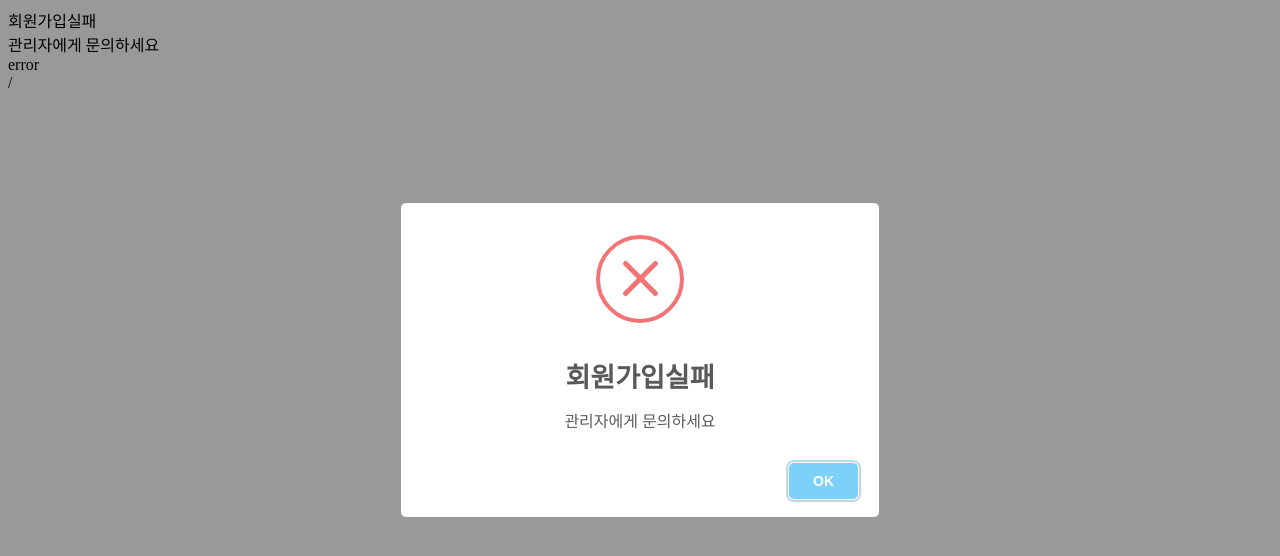
Repository: ParkHyeonju12/servlet
Page: http://localhost/07_mvc2WebProject/signup.do
An editor plug-in stored every save of this project. The page is shown before and after the next save, followed by the edit.
The browser window is 1280 px wide. The pictures show the whole page.
The page is served by Tomcat 9. Other server files are loaded and not shown. Queries for data that is not in the repository find no rows.

Above is the page before, as saved 2022-09-02 03:07:19.

### web-workspace/07_mvc2WebProject/src/main/webapp/WEB-INF/views/common/msg.jsp
<%@ page language="java" contentType="text/html; charset=UTF-8"
    pageEncoding="UTF-8"%>
    <%
    	String title = (String)request.getAttribute("title");
    	String msg = (String)request.getAttribute("msg");
    	String icon = (String)request.getAttribute("icon");
    	String loc = (String)request.getAttribute("loc");
    %>
<!DOCTYPE html>
<html>
<head>
<meta charset="UTF-8">
<title>Insert title here</title>
<script src="/js/sweetalert.min.js"></script>
</head>
<body>
	<div display:"none">
		<div id="title"><%= title %></div>
		<div id="msg"><%= msg %></div>
		<div id="icon"><%= icon %></div>
		<div id="loc"><%= loc %></div>
	</div>
	<script>
		window.onload = function(){

			const title = document.querySelector("#title").innerText;
			const msg = document.querySelector("#msg").innerText;
			const icon = document.querySelector("#icon").innerText;
			const loc = document.querySelector("#loc").innerText;
			swal({
				title: title,
				text : msg,
				icon : icon
			}).then(function(){
				location.href = loc;
			});
		}
	</script>
</body>
</html>

### web-workspace/07_mvc2WebProject/src/main/java/kr/or/iei/member/controller/SignupServlet.java
package kr.or.iei.member.controller;

import java.io.IOException;

import javax.servlet.RequestDispatcher;
import javax.servlet.ServletException;
import javax.servlet.annotation.WebServlet;
import javax.servlet.http.HttpServlet;
import javax.servlet.http.HttpServletRequest;
import javax.servlet.http.HttpServletResponse;

import kr.or.iei.member.model.service.MemberService;
import kr.or.iei.member.model.vo.Member;

/**
 * Servlet implementation class CreateServlet
 */
@WebServlet(name = "Signup", urlPatterns = { "/signup.do" })
public class SignupServlet extends HttpServlet {
	private static final long serialVersionUID = 1L;

    /**
     * @see HttpServlet#HttpServlet()
     */
    public SignupServlet() {
        super();
        // TODO Auto-generated constructor stub
    }

	/**
	 * @see HttpServlet#doGet(HttpServletRequest request, HttpServletResponse response)
	 */
	protected void doGet(HttpServletRequest request, HttpServletResponse response) throws ServletException, IOException {
		//1. 인코딩
		request.setCharacterEncoding("utf-8");
		//2. 값 추출
		Member member = new Member();
		member.setMemberId(request.getParameter("memberId"));
		member.setMemberPw(request.getParameter("memberPw"));
		member.setMemberName(request.getParameter("memberName"));
		member.setMemberPhone(request.getParameter("memberPhone"));
		member.setMemberAddr(request.getParameter("memberAddr"));
		//3. 비즈니스로직
		MemberService service = new MemberService();
		int result = service.joinMember(member);
		//4. 결과처리
		RequestDispatcher view = request.getRequestDispatcher("/WEB-INF/views/common/msg.jsp");
		if(result>0) {
			request.setAttribute("title", "회원가입성공");
			request.setAttribute("msg", "환영합니다");
			request.setAttribute("icon", "success");
		}else {
			request.setAttribute("title", "회원가입실패");
			request.setAttribute("msg", "관리자에게 문의하세요");
			request.setAttribute("icon", "error");
		}
		request.setAttribute("loc", "/");
		view.forward(request, response);
	}

	/**
	 * @see HttpServlet#doPost(HttpServletRequest request, HttpServletResponse response)
	 */
	protected void doPost(HttpServletRequest request, HttpServletResponse response) throws ServletException, IOException {
		// TODO Auto-generated method stub
		doGet(request, response);
	}

}

### web-workspace/07_mvc2WebProject/src/main/java/kr/or/iei/member/model/vo/Member.java
package kr.or.iei.member.model.vo;

public class Member {
	private int memberNo;
	private String memberId;
	private String memberPw;
	private String memberName;
	private String memberPhone;
	private String memberAddr;

	private int memberLevel;
	private String enrollDate;

	public Member() {
		super();
		// TODO Auto-generated constructor stub
	}

	public Member(int memberNo, String memberId, String memberPw, String memberName, String memberPhone,
			String memberAddr, int memberLevel, String enrollDate) {
		super();
		this.memberNo = memberNo;
		this.memberId = memberId;
		this.memberPw = memberPw;
		this.memberName = memberName;
		this.memberPhone = memberPhone;
		this.memberAddr = memberAddr;
		this.memberLevel = memberLevel;
		this.enrollDate = enrollDate;
	}

	public int getMemberNo() {
		return memberNo;
	}

	public void setMemberNo(int memberNo) {
		this.memberNo = memberNo;
	}

	public String getMemberId() {
		return memberId;
	}

	public void setMemberId(String memberId) {
		this.memberId = memberId;
	}

	public String getMemberPw() {
		return memberPw;
	}

	public void setMemberPw(String memberPw) {
		this.memberPw = memberPw;
	}

	public String getMemberName() {
		return memberName;
	}

	public void setMemberName(String memberName) {
		this.memberName = memberName;
	}

	public String getMemberPhone() {
		return memberPhone;
	}

	public void setMemberPhone(String memberPhone) {
		this.memberPhone = memberPhone;
	}

	public String getMemberAddr() {
		return memberAddr;
	}

	public void setMemberAddr(String memberAddr) {
		this.memberAddr = memberAddr;
	}

	public int getMemberLevel() {
		return memberLevel;
	}

	public void setMemberLevel(int memberLevel) {
		this.memberLevel = memberLevel;
	}

	public String getEnrollDate() {
		return enrollDate;
	}

	public void setEnrollDate(String enrollDate) {
		this.enrollDate = enrollDate;
	}



}

### web-workspace/07_mvc2WebProject/src/main/java/kr/or/iei/member/model/service/MemberService.java
package kr.or.iei.member.model.service;

import java.sql.Connection;
import java.sql.PreparedStatement;
import java.sql.ResultSet;
import java.util.ArrayList;
import java.util.StringTokenizer;

import common.JDBCTemplate;
import kr.or.iei.member.model.dao.MemberDao;
import kr.or.iei.member.model.vo.Member;

public class MemberService {
	private MemberDao dao;



	public MemberService() {
		super();
		dao = new MemberDao();
		// TODO Auto-generated constructor stub
	}



	public Member selectOneMember(Member member) {
		Connection conn = JDBCTemplate.getConnection();
		Member m = dao.selectOneMember(conn,member);
		JDBCTemplate.close(conn);
		return m;
	}



	public Member selectOneMember(String memberId) {
		Connection conn = JDBCTemplate.getConnection();
		Member m = dao.selectOneMember(conn,memberId);
		JDBCTemplate.close(conn);
		return m;
	}



	public int joinMember(Member member) {
		Connection conn = JDBCTemplate.getConnection();
		int result = dao.joinMember(conn,member);
		if(result>0) {
			JDBCTemplate.commit(conn);
		}else {
			JDBCTemplate.rollback(conn);
		}
		return result;
	}



	public int updateMember(Member member) {
		Connection conn = JDBCTemplate.getConnection();
		int result = dao.updateMember(conn,member);
		if(result>0) {
			JDBCTemplate.commit(conn);
		}else {
			JDBCTemplate.rollback(conn);
		}
		return result;
	}



	public int deleteMember(Member member) {
		Connection conn = JDBCTemplate.getConnection();
		int result = dao.deleteMember(conn, member);
		if(result>0) {
			JDBCTemplate.commit(conn);
		}else {
			JDBCTemplate.rollback(conn);
		}
		return result;
	}



	public ArrayList<Member> selectAllMember() {
		Connection conn = JDBCTemplate.getConnection();
		ArrayList<Member> list = dao.selectAllMember(conn);
		JDBCTemplate.close(conn);
		return list;
	}



	public int changeLevel(int memberNo, int memberLevel) {
		Connection conn = JDBCTemplate.getConnection();
		int result = dao.changeLevel(conn,memberNo,memberLevel);
		if(result>0) {
			JDBCTemplate.commit(conn);
		}else {
			JDBCTemplate.rollback(conn);
		}
		JDBCTemplate.close(conn);
		return result;
	}



	public boolean checkedChangeLevel(String num, String level) {
		Connection conn = JDBCTemplate.getConnection();
		//num : 4/7/21
		//level : 1/2/3

		StringTokenizer sT1 = new StringTokenizer(num,"/");
		StringTokenizer sT2 = new StringTokenizer(level,"/");
		boolean result = true;
		//hasMoreElements(): 꺼낼 데이터 남아있어? true, 없어 false
		while(sT1.hasMoreElements()) {
			int memberNo = Integer.parseInt(sT1.nextToken());
			int memberLevel = Integer.parseInt(sT2.nextToken());
			int changeResult = dao.changeLevel(conn, memberNo, memberLevel);
			if(changeResult == 0) {
				result =false;
				break;
			}
		}
		if(result) {
			JDBCTemplate.commit(conn);
		}else {
			JDBCTemplate.rollback(conn);
		}
		JDBCTemplate.close(conn);
		return result;
	}



}

### web-workspace/07_mvc2WebProject/src/main/java/kr/or/iei/member/model/dao/MemberDao.java
package kr.or.iei.member.model.dao;

import java.sql.Connection;
import java.sql.PreparedStatement;
import java.sql.ResultSet;
import java.sql.SQLException;
import java.util.ArrayList;

import common.JDBCTemplate;
import kr.or.iei.member.model.vo.Member;

public class MemberDao {

	public Member selectOneMember(Connection conn, Member member) {
		// TODO Auto-generated method stub
		PreparedStatement pstmt = null;
		ResultSet rset = null;
		Member m = null;
		String query = "select * from member_tbl where member_id=? and member_Pw = ?";
		try {
			pstmt = conn.prepareStatement(query);
			pstmt.setString(1, member.getMemberId());
			pstmt.setString(2, member.getMemberPw());
			rset = pstmt.executeQuery();
			if(rset.next()) {
				m = new Member();
				m.setMemberNo(rset.getInt("member_no"));
				m.setMemberId(rset.getString("member_id"));
				m.setMemberPw(rset.getString("member_pw"));
				m.setMemberName(rset.getString("member_name"));
				m.setMemberPhone(rset.getString("member_phone"));
				m.setMemberAddr(rset.getString("member_addr"));
				m.setMemberLevel(rset.getInt("member_level"));
				m.setEnrollDate(rset.getString("enroll_date"));

			}else {

			}
		} catch (SQLException e) {
			// TODO Auto-generated catch block
			e.printStackTrace();
		}finally {
			JDBCTemplate.close(rset);
			JDBCTemplate.close(pstmt);
		}

		return m;
	}

	public Member selectOneMember(Connection conn, String memberId) {
		PreparedStatement pstmt = null;
		ResultSet rset = null;
		Member m = null;
		String query ="select * from member_tbl where member_id = ?";
		try {
			pstmt = conn.prepareStatement(query);
			pstmt.setString(1, memberId);
			rset = pstmt.executeQuery();
			if(rset.next()) {
				m = new Member();
				m.setMemberNo(rset.getInt("member_no"));
				m.setMemberId(rset.getString("member_id"));
				m.setMemberPw(rset.getString("member_pw"));
				m.setMemberName(rset.getString("member_name"));
				m.setMemberPhone(rset.getString("member_phone"));
				m.setMemberAddr(rset.getString("member_addr"));
				m.setMemberLevel(rset.getInt("member_level"));
				m.setEnrollDate(rset.getString("enroll_date"));
			}else {

			}
		} catch (SQLException e) {
			// TODO Auto-generated catch block
			e.printStackTrace();
		}finally {
			JDBCTemplate.close(rset);
			JDBCTemplate.close(pstmt);
		}


		return m;
	}

	public int joinMember(Connection conn, Member member) {
		PreparedStatement pstmt = null;
		int result= 0;
		String query = "insert into member_tbl values(member_seq.nextval,?,?,?,?,?,3,to_char(sysdate,'yyyy-mm-dd'))";
		try {
			pstmt = conn.prepareStatement(query);
			pstmt.setString(1, member.getMemberId());
			pstmt.setString(2, member.getMemberPw());
			pstmt.setString(3, member.getMemberName());
			pstmt.setString(4, member.getMemberPhone());
			pstmt.setString(5, member.getMemberAddr());
			result = pstmt.executeUpdate();
		} catch (SQLException e) {
			// TODO Auto-generated catch block
			e.printStackTrace();
		}finally {
			JDBCTemplate.close(pstmt);
		}

		return result;
	}

	public int updateMember(Connection conn, Member member) {
		PreparedStatement pstmt = null;
		int result= 0;
		String query = "UPDATE MEMBER_TBL SET MEMBER_pw =? , member_phone=? , member_addr=? WHERE MEMBER_no = ? ";
		try {
			pstmt = conn.prepareStatement(query);
			pstmt.setString(1, member.getMemberPw());
			pstmt.setString(2, member.getMemberPhone());
			pstmt.setString(3, member.getMemberAddr());
			pstmt.setInt(4, member.getMemberNo());
			result = pstmt.executeUpdate();
		} catch (SQLException e) {
			// TODO Auto-generated catch block
			e.printStackTrace();
		}finally {
			JDBCTemplate.close(pstmt);
		}
		return result;
	}

	public int deleteMember(Connection conn, Member member) {
		PreparedStatement pstmt = null;
		int result = 0;
		String query = "delete from  member_tbl where member_no = ?";
		try {
			pstmt = conn.prepareStatement(query);
			pstmt.setInt(1, member.getMemberNo());
			result = pstmt.executeUpdate();
		} catch (SQLException e) {
			// TODO Auto-generated catch block
			e.printStackTrace();
		}finally {
			JDBCTemplate.close(pstmt);
		}
		return result;
	}

	public ArrayList<Member> selectAllMember(Connection conn) {
		PreparedStatement pstmt = null;
		ResultSet rset = null;
		ArrayList<Member> list = new ArrayList<Member>();
		String query = "select * from member_tbl order by 1 ";
		try {
			pstmt = conn.prepareStatement(query);
			rset = pstmt.executeQuery();
			while(rset.next()) {
				Member m = new Member();
				m.setEnrollDate(rset.getString("enroll_date"));
				m.setMemberAddr(rset.getString("member_addr"));
				m.setMemberId(rset.getString("member_id"));
				m.setMemberLevel(rset.getInt("member_level"));
				m.setMemberName(rset.getString("member_name"));
				m.setMemberNo(rset.getInt("member_no"));
				m.setMemberPhone(rset.getString("member_phone"));
				list.add(m);

			}
		} catch (SQLException e) {
			// TODO Auto-generated catch block
			e.printStackTrace();
		}finally {
			JDBCTemplate.close(rset);
			JDBCTemplate.close(pstmt);
		}

		return list;
	}

	public int changeLevel(Connection conn, int memberNo, int memberLevel) {
		PreparedStatement pstmt = null;
		int result = 0;
		String query = "update member_tbl set member_level =? where member_no=?";
		try {
			pstmt=conn.prepareStatement(query);
			pstmt.setInt(1, memberLevel);
			pstmt.setInt(2, memberNo);
			result = pstmt.executeUpdate();
		} catch (SQLException e) {
			// TODO Auto-generated catch block
			e.printStackTrace();
		}finally {
			JDBCTemplate.close(pstmt);
		}
		return result;
	}

}

### web-workspace/07_mvc2WebProject/src/main/java/common/JDBCTemplate.java
package common;

import java.sql.Connection;
import java.sql.DriverManager;
import java.sql.ResultSet;
import java.sql.SQLException;
import java.sql.Statement;

public class JDBCTemplate {

	//Connection 객체를 생성해서 리턴하는 메소드
	public static Connection getConnection() {
		Connection conn = null;
		try {
			Class.forName("oracle.jdbc.driver.OracleDriver");
			conn = DriverManager.getConnection("jdbc:oracle:thin:@127.0.0.1:1521:xe","webserver","1234");
			conn.setAutoCommit(false);//자동으로 commit하는 기능을 비활성화
		} catch (ClassNotFoundException e) {
			e.printStackTrace();
		} catch (SQLException e) {
			e.printStackTrace();
		}
		return conn;
	}

	public static void commit(Connection conn) {
		try {
			if(conn != null && !conn.isClosed()) {
				conn.commit();//보험장치
			}
			conn.commit();
		} catch (SQLException e) {
			e.printStackTrace();
		}
	}

	public static void rollback(Connection conn) {
		try {
			if(conn != null && !conn.isClosed()) {
				conn.rollback();//보험장치
			}
			conn.rollback();
		} catch (SQLException e) {
			e.printStackTrace();
		}
	}

	public static void close(Connection conn) {
		try {
			if(conn != null && !conn.isClosed()) {
				conn.close();
			}
		} catch (SQLException e) {
			e.printStackTrace();
		}
	}

	public static void close(Statement pstmt) {
		try {
			if(pstmt != null && !pstmt.isClosed()) {
				pstmt.close();
			}
		} catch (SQLException e) {
			e.printStackTrace();
		}
	}

	public static void close(ResultSet rset) {
		try {
			if(rset != null && !rset.isClosed()) {
				rset.close();
			}
		} catch (SQLException e) {
			e.printStackTrace();
		}
	}

}

Loaded but not shown: web-workspace/07_mvc2WebProject/src/main/webapp/js/sweetalert.min.js (library)

After the next save:
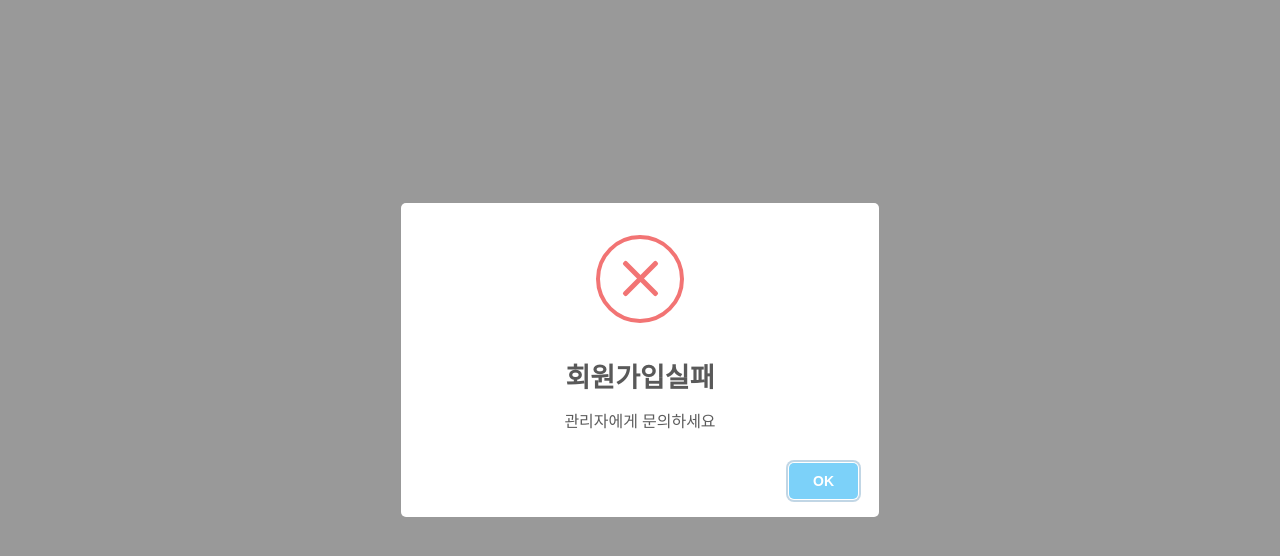
Saved 20 s later.
--- a/web-workspace/07_mvc2WebProject/src/main/webapp/WEB-INF/views/common/msg.jsp
+++ b/web-workspace/07_mvc2WebProject/src/main/webapp/WEB-INF/views/common/msg.jsp
@@ -14,7 +14,7 @@
 <script src="/js/sweetalert.min.js"></script>
 </head>
 <body>
-	<div display:"none">
+	<div style="display: none">
 		<div id="title"><%= title %></div>
 		<div id="msg"><%= msg %></div>
 		<div id="icon"><%= icon %></div>
